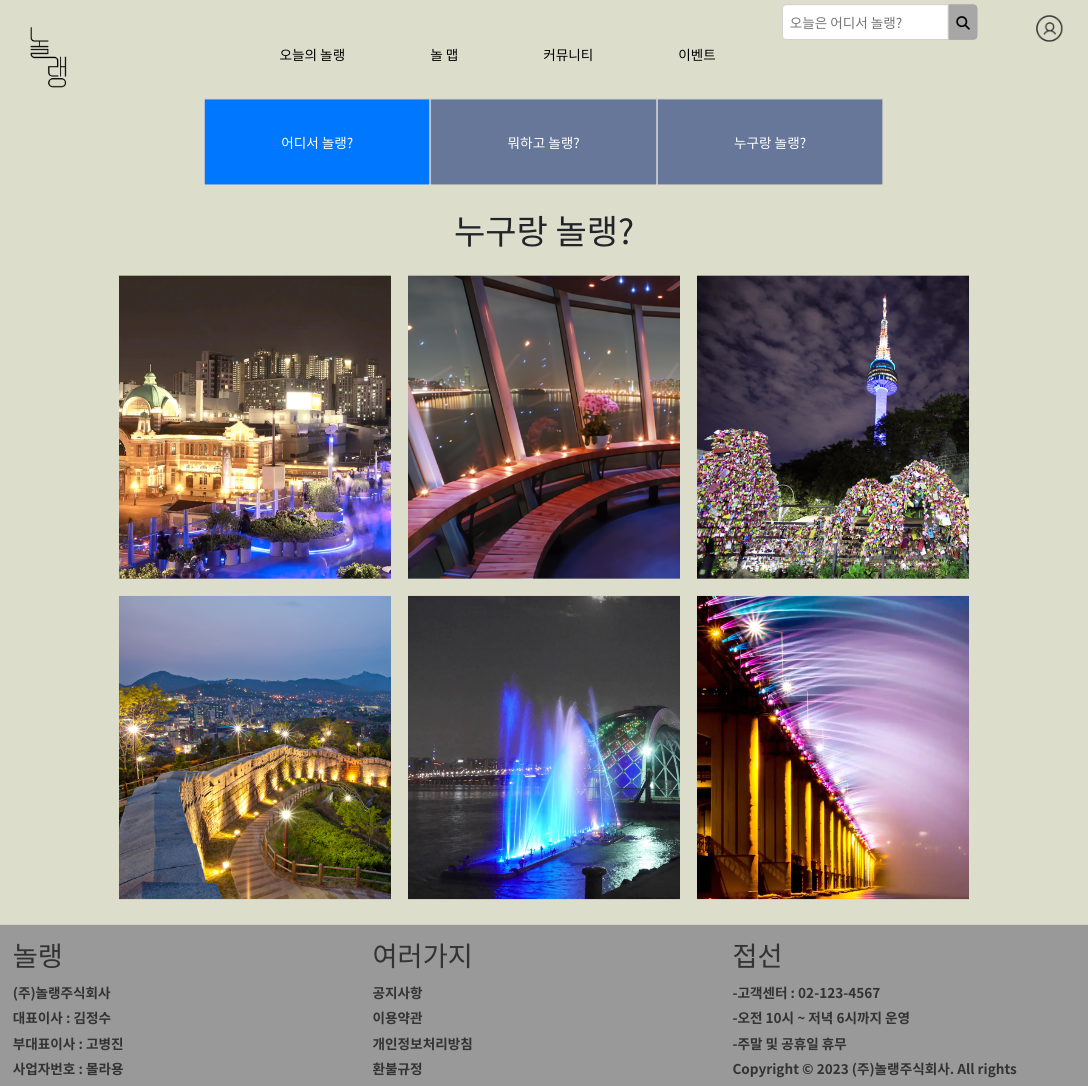
Repository: rrqrw/-
Page: http://localhost/noll_project/who/who2.jsp
An editor plug-in stored every save of this project. The page is shown before and after the next save, followed by the edit.
The browser window is 1280 px wide. The pictures show the whole page, at 85% of full size.
The pointer rests on the first visible `.menu ul li a`.
Some web fonts or font styles are not loaded; a fallback is used. Some web libraries are served in a nearby version. The page is served by Tomcat 9. Other server files are loaded and not shown.

Above is the page before, as saved 2023-12-12 12:21:09.

### noll_project/src/main/webapp/who/who2.jsp
<%@ page language="java" contentType="text/html; charset=UTF-8"
    pageEncoding="UTF-8"%>
<%@ taglib uri="http://java.sun.com/jsp/jstl/core" prefix="c" %>
<%@ taglib uri="http://java.sun.com/jsp/jstl/fmt" prefix="fmt" %>
<!DOCTYPE html>
<html lang="en">
<head>
  <meta charset="UTF-8">
  <meta name="viewport" content="width=device-width, initial-scale=1.0">
  <title>Document</title>
  <link rel="stylesheet"  href="../resources/css/bootstrap.css">
  <link rel="stylesheet" href="../resources/css/style.css">

 <script src="https://kit.fontawesome.com/7c6041109a.js" crossorigin="anonymous"></script>
  <link href="https://fonts.googleapis.com/css2?family=Black+Han+Sans&family=Nanum+Gothic+Coding:wght@700&family=Nanum+Pen+Script&family=Noto+Sans+KR&display=swap" rel="stylesheet">
</head>
<body>
<jsp:include page="../header.jsp" />
  <div class="container">
    <div class="menu">
    <ul>
      <li><a href="../who/who1.jsp">어디서 놀랭?</a></li>
      <li><a href="../who/who2.jsp">뭐하고 놀랭?</a></li>
      <li><a href="../who/who3.jsp">누구랑 놀랭?</a></li>
    </ul>
  </div>
    <div id="content">
    <h1>누구랑 놀랭?</h1>
    <ul class="prod-list">
      <li>
        <img src="../resources/images/7017.jpg" alt="상품1">
        <div class="caption">
          <a href="../instar/instar.jsp"><h2>상품 1</h2></a>
          <p>상품 1 설명 텍스트</p>
          <p>가격: 20,000원</p>
        </div>
      </li>
      <li>
        <img src="../resources/images/bg2광진.png" alt="상품2" >
        <div class="caption">
          <a href="../instar/instar.jsp"><h2>상품 1</h2></a>
          <p>상품 2 설명 텍스트</p>
          <p>가격: 30,000원</p>
        </div>
      </li>
      <li>
        <img src="../resources/images/bg3.jpg" alt="상품3">
        <div class="caption">
          <a href="../instar/instar.jsp"><h2>상품 1</h2></a>
          <p>상품 3 설명 텍스트</p>
          <p>가격: 30,000원</p>
        </div>
      </li>
      <li>
        <img src="../resources/images/낙산.jpg" alt="상품3">
        <div class="caption">
          <a href="../instar/instar.jsp"><h2>상품 1</h2></a>
          <p>상품 3 설명 텍스트</p>
          <p>가격: 30,000원</p>
        </div>
      </li>
      <li>
        <img src="../resources/images/여의도한강.jpg" alt="상품3">
        <div class="caption">
          <a href="../instar/instar.jsp"><h2>상품 1</h2></a>
          <p>상품 3 설명 텍스트</p>
          <p>가격: 30,000원</p>
        </div>
      </li>
      <li>
        <img src="../resources/images/한강.jpg" alt="상품3">
        <div class="caption">
          <a href="../instar/instar.jsp"><h2>상품 1</h2></a>
          <p>상품 3 설명 텍스트</p>
          <p>가격: 30,000원</p>
        </div>
      </li>

    </ul>
  	</div>

        </div>
  <jsp:include page="../footer.jsp" />
</body>
</html>

### noll_project/src/main/webapp/header.jsp
<%@ page language="java" contentType="text/html; charset=UTF-8"
    pageEncoding="UTF-8"%>
<!DOCTYPE html>
<html lang="en">
<head>
  <meta charset="UTF-8">
  <meta name="viewport" content="width=device-width, initial-scale=1.0">
  <title>상단 메뉴(nav bar)</title>

  <link rel="stylesheet" href="resources/css/style.css">

  <script src="https://kit.fontawesome.com/7c6041109a.js" crossorigin="anonymous"></script>
  <script src="https://code.jquery.com/jquery-3.7.1.js" integrity="sha256-eKhayi8LEQwp4NKxN+CfCh+3qOVUtJn3QNZ0TciWLP4=" crossorigin="anonymous"></script>
  <!-- defer, async 아래 html을 다읽고 외부 js를 읽게 (지연) 해줌 -->
</head>
<body>
  <nav class="navbar">
    <div class="navbar_logo">
      <a href="#"><img src="../resources/images/logo.png" alt="로고" style="width: 80px;"></a>
    </div>
    <ul class="navbar_menu">
      <li><a href="">오늘의 놀랭</a></li>
      <li><a href="">놀 맵</a></li>
      <li><a href="">커뮤니티</a></li>
      <li><a href="">이벤트</a></li>
    </ul>
    <a href="#" class="navbar_toggleBtn">
      <i class="fa-solid fa-bars"></i>
    </a>

    <div id="search">
      <form action="#" method="get">
          <input type="text" placeholder="오늘은 어디서 놀랭?" id="search_input">
          <button type="submit"><i class="fas fa-search"></i></button>
      </form>
    </div>
  <div id="login">
     <a href="#"><img src="../resources/images/login.png" alt="로그인"></a>
  </div>
  </nav>
</body>
</html>

### noll_project/src/main/webapp/footer.jsp
<%@ page language="java" contentType="text/html; charset=UTF-8"
    pageEncoding="UTF-8"%>
<footer class="footer_cell">
      <div class="footer_info">
         <div class="footer_cell">
            <h2 class="footer_h">놀랭</h2>
            <ul class="footer_u">
               <li>(주)놀랭주식회사</li>
               <li>대표이사 : 김정수</li>
               <li>부대표이사 : 고병진</li>
               <li>사업자번호 : 몰라용</li>
            </ul>
         </div>
         <div class="footer_cell">
            <h2 class="footer_h">여러가지</h2>
            <ul class="footer_u">
               <!-- 나중에 링크 넣어서 바로 넘어갈 수 있도록 생각 -->
               <li><a href="#">공지사항</a></li>
               <li><a href="#">이용약관</a></li>
               <li><a href="#">개인정보처리방침</a></li>
               <li><a href="#">환불규정</a></li>
            </ul>
         </div>
         <div class="footer_cell">
            <h2 class="footer_h">접선</h2>
            <ul class="footer_u">
               <li>-고객센터 : 02-123-4567</li>
               <li>-오전 10시 ~ 저녁 6시까지 운영</li>
               <li>-주말 및 공휴일 휴무</li>
               <li>Copyright © 2023 (주)놀랭주식회사. All rights</li>
            </ul>
         </div>
      </div>
   </footer>

### noll_project/src/main/webapp/resources/css/style.css
@charset "UTF-8";
*{
	font-family: 'Noto Sans KR', sans-serif;
}
body{
	background: #ddddcc;
}
/* header 스타일 */
a{
  text-decoration: none;
  color: black;
}

/* pc 기준 */
.navbar{
  display: flex;
  justify-content: space-between;
  align-items: center;
}

.navbar_logo{
  width: 80px;
  height: 80px;
  font-size: 24px;
  padding-left: 20px;
  padding-top: 20px;
}

.navbar_menu{
  display: flex;
  list-style: none;
   margin-right: 10%;
  padding-top: 30px;
  padding-left: 0;
}

#login {
  position: top;
  padding-bottom: 30px;
  padding-right: 30px;
}

.navbar_menu li a{padding: 8px 50px;}
.navbar_toggleBtn{
  font-size: 24px;
  position: absolute;
  right: 30px;
  display: none;
}

/* 검색바 스타일 */
#search {
  position: absolute;
  top: 5px;
  right: 130px; /* 조정 가능한 우측 간격 */
}

/* 검색바 스타일 */
#search form {
  display: flex;
}

#search_input {
  padding: 8px;
  border: 1px solid #ccc;
  border-radius: 5px 0 0 5px;
}

#search button {
  padding: 8px;
  background-color: rgb(167, 167, 167);
  border: 1px solid rgb(167, 167, 167);
  border-radius: 0 5px 5px 0;
  color: black;
  cursor: pointer;
}

#search button:hover {
  background-color: rgb(128, 128, 128);
 }

/* 테블릿 기준 */
@media screen and (max-width: 1100px){
  .navbar_menu{
    padding-right: 60px;
  }
  .navbar_menu li{
    padding-top: 10px;
    display: flex;
  }
  .navbar_toggleBtn{
    font-size: 24px;
    position: absolute;
    right: 30px;
    top: 20px;
  }

  /* 검색바 스타일 */
#search {
  position: absolute;
  top: 5px;
  right: 130px; /* 조정 가능한 우측 간격 */
}

#search form {
  display: flex;
}

#search_input {
  padding: 8px;
  border: 1px solid #ccc;
  border-radius: 5px 0 0 5px;
}

#search button {
  padding: 8px;
  background-color: rgb(167, 167, 167);
  border: 1px solid rgb(167, 167, 167);
  border-radius: 0 5px 5px 0;
  color: black;
  cursor: pointer;
}

#search button:hover {
  background-color: rgb(128, 128, 128);
 }

 .navbar_toggleBtn{
  font-size: 24px;
  position: absolute;
  right: 30px;
  top: 40px;
 }

 #login{
  position: absolute;
  top: 5px;
  right: 10px;
 }
}


/* 모바일 기준 */
@media screen and (max-width: 768px){
  .navbar{
    flex-direction: column;
    align-items: flex-start;
    padding: 8px 20px;
  }

  .navbar_menu{
    /* align-items: center;  */
    width: 100%;
    padding-top: 10px;
    /* justify-content: flex-end; */
    align-items: flex-end;
  }

 /* 햄버거 메뉴 스타일 */
 .navbar_toggleBtn{
  font-size: 24px;
  position: absolute;
  right: 30px;
  top: 40px;
 }
  .navbar_menu li{
    padding-top: 5px;
  }

  .navbar_toggleBtn{
    display: block;
  }

  #login{
    position: absolute;
    top: 40px;
    right: 45px;
  }


/* 검색바 스타일 */
#search {
  position: absolute;
  top: 40px;
  right: 130px; /* 조정 가능한 우측 간격 */
}

#search form {
  display: flex;
}

#search_input {
  width: 50px;
  padding: 8px;
  border: 1px solid #ccc;
  border-radius: 5px 0 0 5px;
}

#search button {
  padding: 8px;
  background-color: rgb(167, 167, 167);
  border: 1px solid rgb(167, 167, 167);
  border-radius: 0 5px 5px 0;
  color: black;
  cursor: pointer;
}

#search button:hover {
  background-color: rgb(128, 128, 128);
 }
}
/* footer 스타일 */
footer .footer_cell { height: 180px;}

.footer_info {
  display: flex;
  justify-content: space-between;
  padding: 5px;
  background-color: #999999;
}


.footer_cell {
  flex: 1
  ;
  text-align: left;
  color: rgb(51, 51, 51);
  font-weight: bold;
}

.footer_cell li a {
  color: rgb(51, 51, 51);
  font-weight: bold;
  text-decoration: none;
}

.footer_h {
  margin: 10px;
}

.footer_u {
  margin: 10px;
  line-height: 30px;
}



/* general */

ul,li {
  margin: 0;
  padding: 0;
  list-style-type: none;
  list-style-position: inside;
}
footer p {
  margin-top: 18px;
  font-size: 11px;
  color: #c7c7c7;
  line-height: 18px;
}
.pic {
  border-radius: 100%;
}
span.userID {
  margin-right: 5px;
}
span.sub-span {
  font-size: 12px;
  color: #8e8e8e;
}
span.point-span {
  font-weight: 500;
  font-size: 14px;
  color: #262626;
}

/* main */
main {
  width: 960px;
  margin: 0 auto;
  padding-top: 94px;
  padding-bottom: 40px;
}
.main-right {
  width: 310px;
  display: inline-block;
  position: fixed;
  top: 94px;
}
.feeds {
  width: 614px;
  margin-right: 34px;
  display: inline-block;
}
article, .section-story, .section-recommend {
  background-color: #fff;
  border-radius: 3px;
  border: 1px solid #DBDBDB;
}
article {
  margin-bottom: 60px;
}
.section-story, .section-recommend {
  width: 310px;
  padding: 14px 16px;
  overflow-y: hidden;
}
.section-story {
  height: 212px;
  margin-bottom: 20px;
}
.section-recommend {
  height: 180px;
}
/* article */
header {
  height: 60px;
  padding: 0 16px;
  display: flex;
  align-items: center;
  justify-content: space-between;
}
.profile-of-article {
  display: flex;
  align-items: center;
}
.img-profile {
  width: 32px;
  height: 32px;
  border: 1px solid #fafafa;
  border-radius: 100%;
}
.main-image img {
  width: 612px;
}
.main-id {
  margin-left: 14px;
}
.icon-more {
  justify-self: end;
}
.icons-react {
  height: 40px;
  padding: 0 16px;
  display: flex;
  align-items: center;
  justify-content: space-between;
}
.icon-react {
  width: 24px;
  height: 24px;
}
.icons-left {
  display: flex;
  align-items: center;
}
.icons-left .icon-react {
  margin-right: 12px;
}
/* article text data */
.reaction {
  padding: 0 16px;
}
.liked-people {
  display: flex;
  align-items: center;
  height: 18px;
  margin: 2px 0 8px 0;
}
.liked-people img {
  display: inline-block;
  margin-right: 4px;
  width: 20px;
  height: 20px;
  border: 1px solid #fafafa;
}
.liked-people p {
  display: inline-block;
  color: #262626;
  font-size: 14px;
}
.description {
  display: flex;
  align-items: center;
  height: 18px;
}
span.at-tag {
  color: #00376B;
}
ul.comments {
  margin-top: 5px;
}
ul.comments li {
  height: 21px;
  display: flex;
  justify-content: space-between;
  color: #262626;
  font-size: 14px;
}
img.comment-heart {
  width: 12px;
  height: 12px;
}
div.time-log {
  margin-bottom: 8px;
}
div.time-log span {
  height: 18px;
  font-size: 12px;
  color: #8e8e8e;
}
.hl {
  border-top: 1px solid #DBDBDB;
  width: 612px;
}
/* comment input */
.input-comment {
  font-size: 14px;
  width: 560px;
  height: 18px;
  padding: 28px 16px;
  border-style: none;
  box-sizing: border-box;
  color: #262626;
}
.input-comment:focus {
outline: none;
}
.input-comment::placeholder {
  color: #8e8e8e;
}
button.submit-comment {
  color: #0095f6;
  background-color: #fff;
  border-style: none;
  height: 40px;
  width: 40px;
  padding: 4px;
  font-size: 14px;
  font-weight: 600;
}
.submit-comment:disabled {
  color: #B9DFFC;
}
button.submit-comment:focus {
  outline: none;
}

/* story & recommendation */
.menu-title {
  display: flex;
  justify-content: space-between;
  align-items: center;
  margin-bottom: 14px;
}
.sub-title {
  font-size: 14px;
  color: #8e8e8e;
  font-weight: 600;
}
.find-more {
  font-size: 12px;
  font-weight: 600;
  color: #262626;
}
.story-list li, .recommend-list li {
  display: flex;
  align-items: flex-start;
}
ul.story-list img.story {
  box-sizing: content-box;
  border: 2px solid #fff;
}
div.gradient-wrap {
  width: 40px;
  height: 40px;
  display: flex;
  justify-content: center;
  align-items: center;
  border-radius: 100%;
  background: radial-gradient(circle at bottom left, #F58529 20%, #C42D91);
}
ul.story-list .profile-text {
  margin-top: 3px;
}
.profile-text {
  display: inline-block;
  margin: 0 0 10px 8px;
}
.profile-text span {
  display: block;
}
.profile-text span.userID {
  margin-bottom: 2px;
}
.recommend-list li {
  display: flex;
  justify-content: space-between;
  align-items: flex-start;
}
.btn-follow {
  padding-top: 7px;
  color: #0095f6;
  font-weight: 600;
  font-size: 12px;
}
.recommend-friend-profile {
  display: flex;
  align-items: flex-start;
}

/*who*/
.container ul li{
  list-style: none;

}
.container .menu ul li a{
  text-decoration: none;
  color:white;
   background: #667799;
}
.menu{
  width: 800px;
  height: 100px;

 margin: 0 auto;
 margin-top: 20px;

}

.menu ul li{
  float: left;
  width: 33.3%;
  height: 100px;
  line-height: 100px;
  vertical-align: middle;
  text-align: center;
  background: white;
  border: 1px solid #ccc;
}
.menu ul li a{
  display: block;
}
.menu ul li a:hover{
  background:rgb(0, 119, 255);
  color: white;
}

/*who1*/
#content ul{list-style: none;}
#content{width: 1000px; margin: 30px auto;}
#content h1{text-align: center;}
.prod-list{margin-top: 30px; display: grid; grid-template-columns: repeat(3, 1fr); gap: 20px;}
.prod-list li{position: relative; overflow: hidden;}
.prod-list img{width: 500px; height: 100%; display: block;}
.caption{
  width: 100%; height: 100%; background: rgba(0, 0, 0, 0.6);
  color: #fff; position: absolute; top: 0; transition: all 0.6s;
  display: flex; flex-direction: column; justify-content: center; align-items: center;
  opacity: 0;
}
.prod-list li:hover .caption{opacity: 1;}
.caption a h2{color: white;}
.caption a h2, p{text-align: center; line-height: 2; padding: 10px;}

Loaded but not shown: noll_project/src/main/webapp/resources/css/bootstrap.css (library)

After the next save:
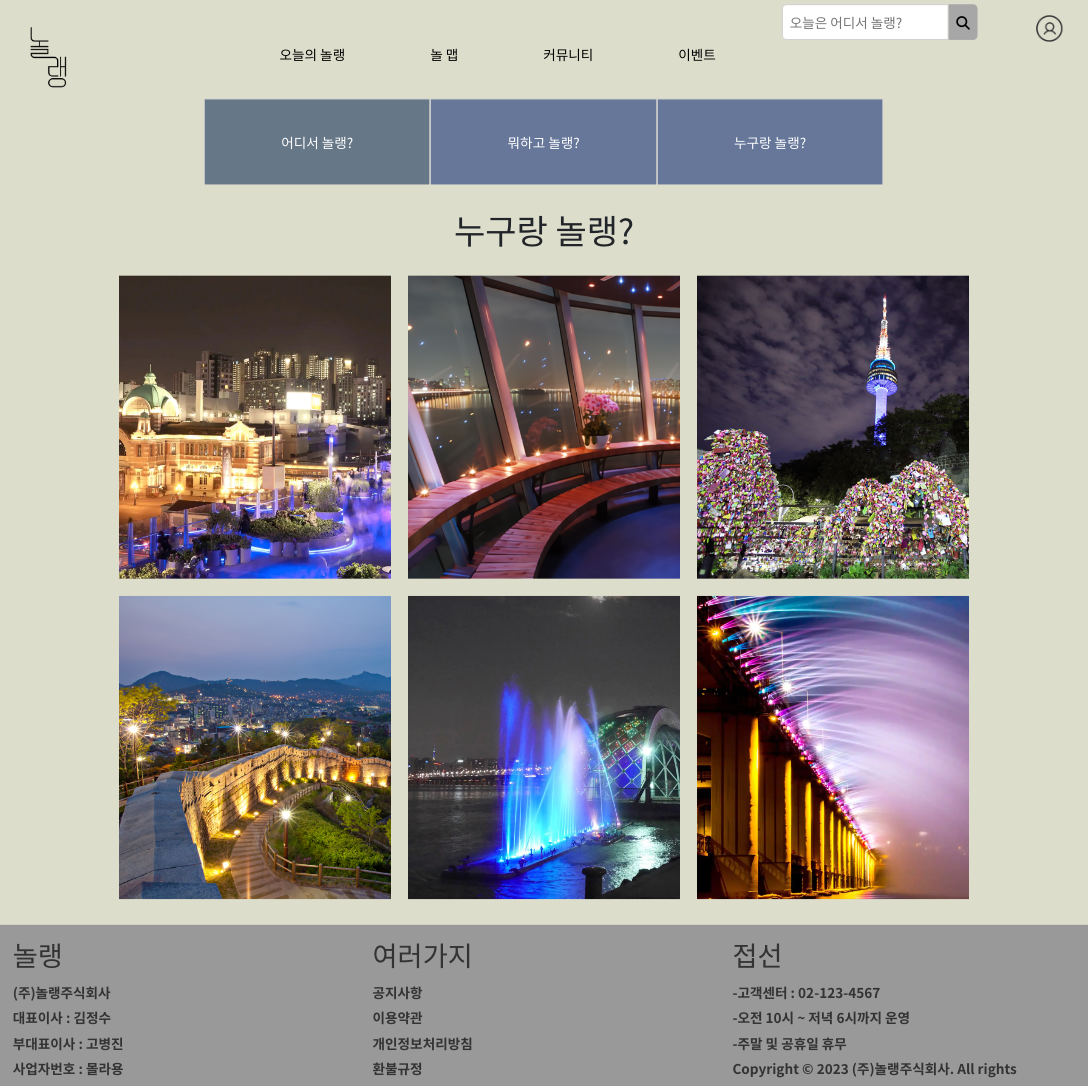
Saved 27 s later.
--- a/noll_project/src/main/webapp/resources/css/style.css
+++ b/noll_project/src/main/webapp/resources/css/style.css
@@ -543,7 +543,7 @@
   display: block;
 }
 .menu ul li a:hover{
-  background:rgb(0, 119, 255);
+  background: #667788;
   color: white;
 }
 
